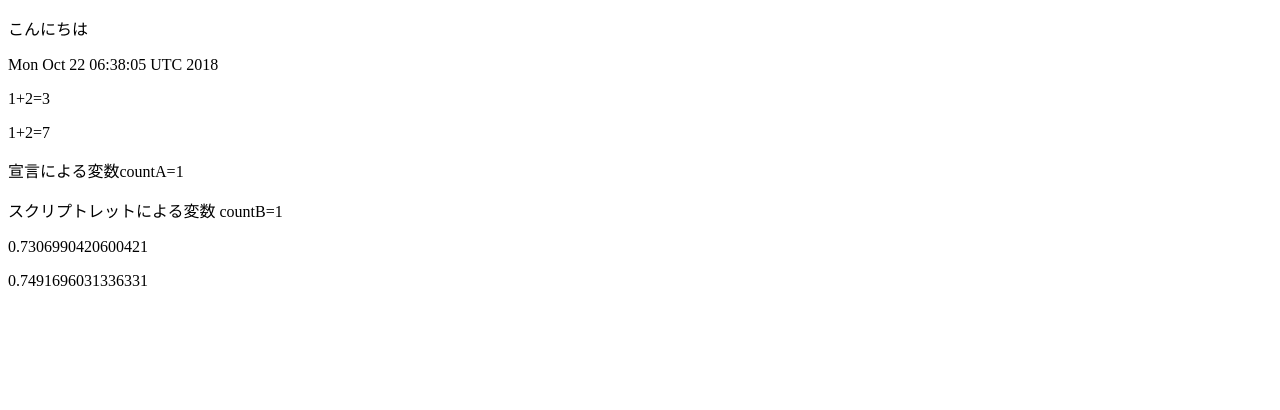
Repository: kokorokaiya/test
Page: http://localhost/HelloJSP/
An editor plug-in stored every save of this project. The page is shown before and after the next save, followed by the edit.
The browser window is 1280 px wide. The pictures show the whole page.
The page is served by Tomcat 9.

Above is the page before, as saved 2018-10-22 08:10:40.

### HelloJSP/WebContent/index.jsp
<%@ page language="java" contentType="text/html; charset=UTF-8"
    pageEncoding="UTF-8"%>
<!DOCTYPE html>
<html>
<head>
<meta charset="UTF-8">
<title>TEST</title>
</head>

<body>



<p>こんにちは</p>

<% out.println(new java.util.Date()); %>



<%!
static int add(int a, int b){
 return a + b ;
}
 %>

<p>1+2=<%= add(1,2) %></p>
<p>1+2=<%=add(3,4) %>


<%! static int countA=0; %>
<%
int countB=0;
countA++;
countB++;
%>

<p>宣言による変数countA=<%=countA %></p>
<p>スクリプトレットによる変数 countB=<%=countB %></p>


<p><% out.println(Math.random()); %></p>
<p><%=Math.random() %></p>

</body>
</html>

After the next save:
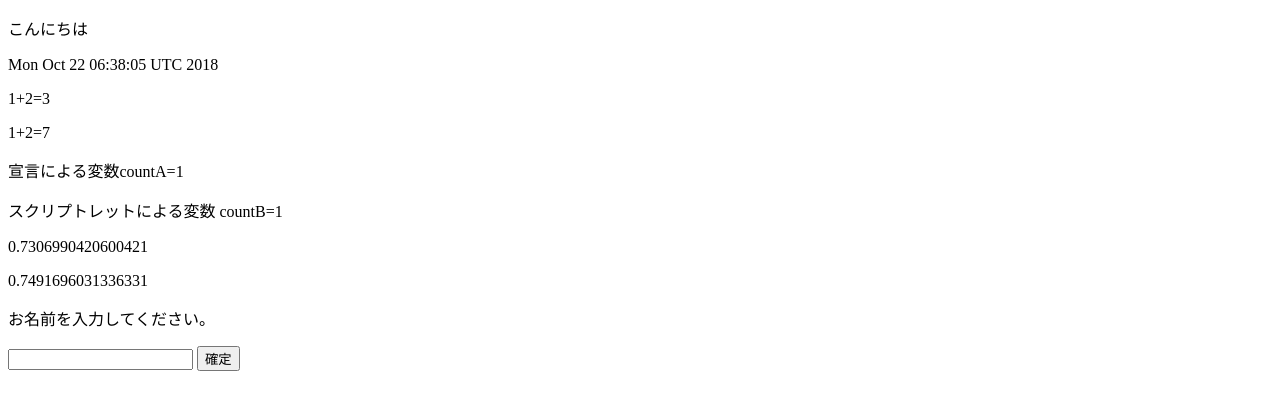
Saved 65 s later.
--- a/HelloJSP/WebContent/index.jsp
+++ b/HelloJSP/WebContent/index.jsp
@@ -41,5 +41,16 @@
 <p><% out.println(Math.random()); %></p>
 <p><%=Math.random() %></p>
 
+
+<p>お名前を入力してください。</p>
+<form method="post" action="greetiong-out.jsp">
+<input type= "text" name="user">
+<input type="submit" value="確定">
+</form>
+
+
+
+
+
 </body>
 </html>
